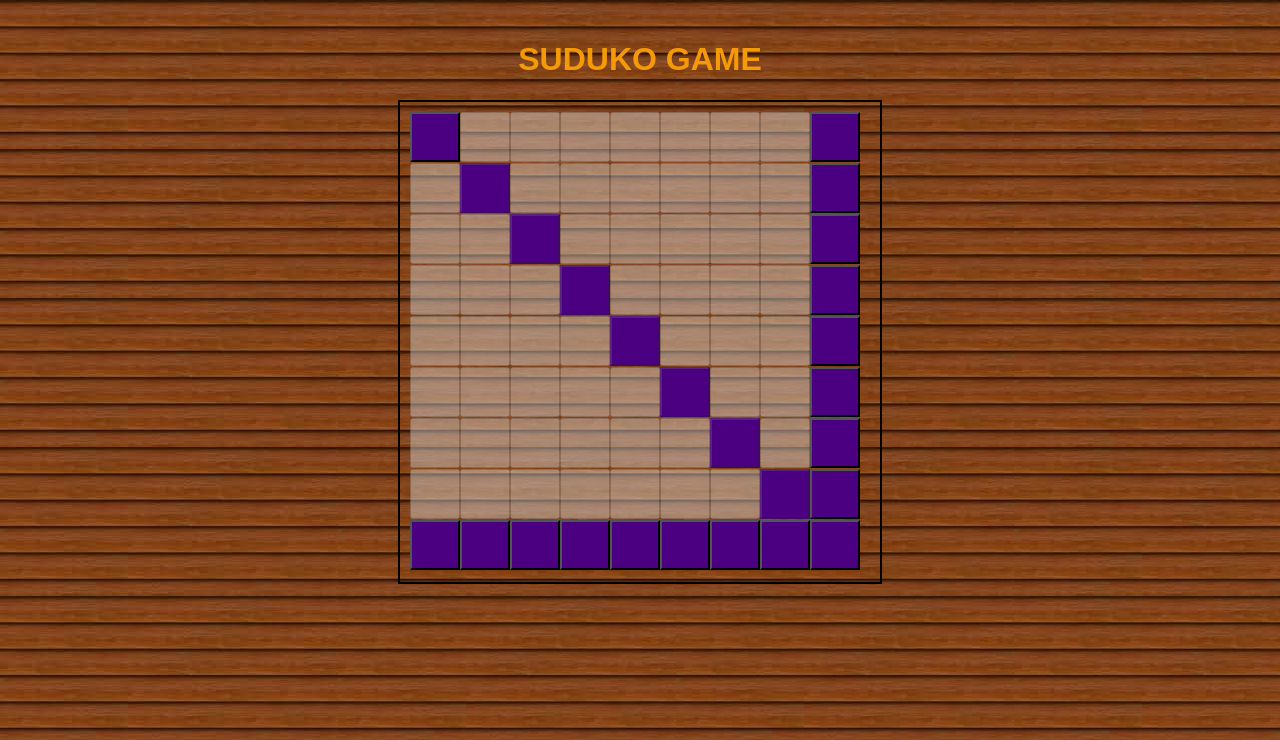
Repository: ahmad8969/Suduko-Game-React-App
Page: /
The author's editor kept a copy of each file at every save. The page is drawn from the files as they stood at one save, then again after the next save.
The browser window is 1280 px wide. The pictures show the whole page.
Some web fonts or font styles are not loaded; a fallback is used. The project was rebuilt for these pictures with package versions that can differ from the ones it lists, and the page was loaded fresh each time.

Above is the page before, as saved 2021-03-11 12:48:44.

### src/index.js
import React from 'react';
import ReactDOM from 'react-dom';
import './index.css';
import Board from './board';
import reportWebVitals from './reportWebVitals';

ReactDOM.render(
  <React.StrictMode>
    <Board />
  </React.StrictMode>,
  document.getElementById('root')
);



// If you want to start measuring performance in your app, pass a function
// to log results (for example: reportWebVitals(console.log))
// or send to an analytics endpoint. Learn more: https://bit.ly/CRA-vitals
reportWebVitals();

### src/board.js
import React, { useState}  from 'react';   //{useState}
import './App.css';
import Block from './components/block'
import NineBlock from './components/nineBlockComponent';

// function useForceUpdate(){
//   const [counter,setCounter]= useState(0);
//   return setCounter(counter+1);


// }
function Board () {
  const xAxis_Selection_Array=   [];
  const yAxis_Selection_Array=   [];
  const DiagonalSelectionUpward_Selection_Array= [];
  const DiagonalSelectionUpwardLeftUp_selection_Array= [];
  const DiagonalSelectionDownward_selection_Array= [];
  const DiagonalSelectionDownwardLeftDown_selection_Array= [];
  const complete_blocks_Array = [];

  const nine_block_Element_into_Nine = [0,1,2,3,4,5,6,7,8];
  const single_block_Into_Nine = [0,1,2,3,4,5,6,7,8];
  const [getting_current_id, setGetting_current_id]=useState();
  const [Iid, setIid]=useState();
  const [Jid, setJid]=useState();
  const [isClicked,  setIsClicked]= useState(false);




  const Click = (idOfSpecificButton,i,j) =>{

    setGetting_current_id(idOfSpecificButton);
    setIid(i);
    setJid(j);
    console.log(Iid,Jid,getting_current_id);
  }

  const XaxisSelection = (i)=>{
    for(let xAxis= 0; xAxis<=8; xAxis++){
      let creatId= `${i}${xAxis}`;
      document.getElementById(creatId).style.backgroundColor="indigo";
      xAxis_Selection_Array.push(creatId);
    }
  }

  const YaxisSelection = (i)=> {
    for(let xAxis1= 0; xAxis1<=8; xAxis1++){
      let creatId=  `${xAxis1}${i}`;
      document.getElementById(creatId).style.backgroundColor="indigo";

      yAxis_Selection_Array.push(creatId);
    }
  }

  const DiagonalSelectionUpward = (selectedId)=>{
  let array_of_length= nine_block_Element_into_Nine.length;
  console.log(array_of_length);
  console.log(typeof(array_of_length));
  let get_the_id_of_current_box= parseInt(selectedId);
  console.log(get_the_id_of_current_box);
    for(let hello=get_the_id_of_current_box; hello>=0; hello-=array_of_length){
      if(hello<=9){
        if(hello==9){
          return;
        }else{
        var concatination = 0+`${hello}`;
        document.getElementById(concatination).style.backgroundColor="indigo";
        DiagonalSelectionUpward_Selection_Array.push(concatination);

      }
      } else if(hello==19 || hello==29 || hello==39 || hello==49 || hello==59 || hello==69 || hello==79){
        return;
      }
      else{
        document.getElementById(`${hello}`).style.backgroundColor="indigo";
        DiagonalSelectionUpward_Selection_Array.push(`${hello}`);

      }

    }
  }
        const DiagonalSelectionUpwardLeftUp = (selectedId)=>{
          let array_of_length= 2 + nine_block_Element_into_Nine.length;
          console.log(array_of_length);
          console.log(typeof(array_of_length));
          let get_the_id_of_current_box= parseInt(selectedId);
          console.log(get_the_id_of_current_box);
            for(let hello=get_the_id_of_current_box; hello>=0; hello-=array_of_length){
              if(hello<=9){
                var concatination = 0+`${hello}`;
                document.getElementById(concatination).style.backgroundColor="indigo";
                DiagonalSelectionUpwardLeftUp_selection_Array.push(concatination);
                return;

              } else if( hello==9 || hello==19 || hello==29 || hello==39 || hello==49 || hello==59 || hello==69 || hello==79){
                return;
              }
              else{
                document.getElementById(`${hello}`).style.backgroundColor="indigo";
                DiagonalSelectionUpwardLeftUp_selection_Array.push(hello);
              }
              console.log(DiagonalSelectionUpwardLeftUp_selection_Array);
            }

          }


        const DiagonalSelectionDownward= (selectedId)=>{
          let array_of_length= nine_block_Element_into_Nine.length;
          console.log(array_of_length);
          console.log(typeof(array_of_length));
          let get_the_id_of_current_box= parseInt(selectedId);
          console.log(get_the_id_of_current_box);
    for(let hello=get_the_id_of_current_box; hello<=88; hello+=array_of_length){
      if(hello==0){
        return;
      }
      else if(hello<=9){
        var concatination = 0+`${hello}`;
        document.getElementById(concatination).style.backgroundColor="indigo";
        DiagonalSelectionDownward_selection_Array.push(concatination);
      } else if(hello==19 || hello==29 || hello==39 || hello==49 || hello==59 || hello==69 || hello==79){
        return;
      }
      else{
        document.getElementById(hello).style.backgroundColor="indigo";
        DiagonalSelectionDownward_selection_Array.push(hello);
      }


    }console.log(DiagonalSelectionDownward_selection_Array)
        }
        const DiagonalSelectionDownwardLeftDown= (selectedId)=>{
          let array_of_length= 2 +  nine_block_Element_into_Nine.length;
  console.log(array_of_length);
  console.log(typeof(array_of_length));
  let get_the_id_of_current_box= parseInt(selectedId);
  console.log(get_the_id_of_current_box);
    for(let hello=get_the_id_of_current_box; hello<=88; hello+=array_of_length){
      if(hello==0){
        return;
      }
      else if(hello<=9){
        var concatination = 0+`${hello}`;
        document.getElementById(concatination).style.backgroundColor="indigo";
        DiagonalSelectionDownwardLeftDown_selection_Array.push(concatination);
      } else if( hello==19 || hello==29 || hello==39 || hello==49 || hello==59 || hello==69 || hello==79){
        return;
      }
      else{
        document.getElementById(hello).style.backgroundColor="indigo";
        DiagonalSelectionDownwardLeftDown_selection_Array.push(hello);
      }

    }console.log(DiagonalSelectionDownwardLeftDown_selection_Array);
        }
        const gettingRandomNumber = () => {
          let random = Math.floor(Math.random() * (65 - 90)) + 90;
          const character = String.fromCharCode(random);
          return character;
        }

        const creatingReadOnlyBlock = () => {
          nine_block_Element_into_Nine.map((val)=>{
            single_block_Into_Nine.map((valu)=>{
              let valueOfId= `${val}${valu}`;
              complete_blocks_Array.push(valueOfId);
            })
          })
        }
        const filter_two_arrays= ()=> {
          const complete_selection_array = [...xAxis_Selection_Array,
            ...yAxis_Selection_Array,
            ...DiagonalSelectionUpward_Selection_Array,
            ...DiagonalSelectionUpwardLeftUp_selection_Array,
            ...DiagonalSelectionDownward_selection_Array,
            ...DiagonalSelectionDownwardLeftDown_selection_Array
          ];
            let filteredId = complete_blocks_Array.filter((id) => !complete_selection_array.includes(id));
            filteredId.map((id) => {
              return (document.getElementById(id).disabled = true);
            });
        }

        const changeStateHandler = (getting_current_id,Iid,Jid) => {
          document.getElementById(getting_current_id).style.color="green";
          XaxisSelection(Iid);
          YaxisSelection(Jid);
          DiagonalSelectionUpward(getting_current_id);
          DiagonalSelectionDownward(getting_current_id);
          DiagonalSelectionDownwardLeftDown(getting_current_id);
          DiagonalSelectionUpwardLeftUp(getting_current_id);

        }
         if(Iid && Jid && getting_current_id !=null){

          changeStateHandler(getting_current_id,Iid,Jid);
          creatingReadOnlyBlock();
          filter_two_arrays();


        }


        // console.log(complete_selection_array);



        // console.log(complete_blocks_Array);




  return (

    <div className="App">
    <h1>SUDUKO GAME </h1>
    <div className="board_nine_block_Style">
    {nine_block_Element_into_Nine.map((s,i)=>{
      return(
      <div>

      <NineBlock id={i}>
        {single_block_Into_Nine.map((s,j)=>


          <Block  rowId={i} value={gettingRandomNumber()} click={Click} colId={j} keys={`${i}${j}`}></Block>

        )}

      </NineBlock>
      </div>
      )
    })
    }
    </div>
    </div>
  );
}

export default Board;

### src/App.css
@import url('http://fonts.cdnfonts.com/css/game');
.App {
  text-align: center;
  background-image: url('images/download.jpg');
  color:rgb(245, 154, 7);
  padding-top:20px;
  font-family: 'GAME', sans-serif;
  /* display: flex; */
   height: 100vh !important;
  /* width: 490px !important; */
  margin: 0 auto;

}

.board_nine_block_Style{
  height: 460px !important;
  width: 460px !important;
  border:2px solid black !important;
  padding: 10px;
  margin:  auto !important;
  /* display: flex; */
  /* grid-column-gap: 0px !important;
  grid-row-gap: 0px !important;
  grid-template-columns:repeat(3,1fr)!important; */
}
.heading{
  color: white;
  text-align:center;
  padding-top:50px!important;
  /* margin-top: 10px!important; */
  font-size: 30px;

}


/* @keyframes App-logo-spin {
  from {
    transform: rotate(0deg);
  }
  to {
    transform: rotate(360deg);
  }
} */

### src/components/block.js
import React, {useState} from 'react';

import './block.css';


const Block = ({rowId,colId,keys,value,click})=>{
    var uniqueId = `${rowId}`+ `${colId}` ;
    const[value1, setValue1]= useState()
    const[isClicked, setIsClicked]= useState(false);
    let [counter, setCounter]= useState(0);




    // const changeState = (e) => {
    //     setCounter(counter+1);

    //     if(counter == 0){
    //         props.click();
    //     setIsClicked(!isClicked);
    //     console.log(counter)
    //     }
    //     else if(counter > 0){
    //         console.log(counter)
    //         alert("jfksjfkjsalj")
    //         return;
    //     }

    // }
    const onChangeHandler = (e) =>{
        let getting_Current_Value = e.target.value;
        console.log(getting_Current_Value);
        setValue1(getting_Current_Value)
    }
    const onKeyUpHandler = (e) =>{


        if(e.keyCode ===13){
            if(e.target.value ===''){
                alert("fill this");
            }else{
            setIsClicked(!isClicked);
        }
        }
    }
    const onFocusOuts = (e) =>{
        let previousValue = e.target.value;
        console.log(previousValue);
            if(previousValue === ''){
                setValue1(value1);
            }else{
                setValue1(previousValue);
            }

    }

    if(isClicked){
        return <input className="inputStyle" value={value}
         onKeyUp={(e)=>{onKeyUpHandler(e)}}
         onChange={(e) => {onChangeHandler(e)}}
         onBlur={(e) => {onFocusOuts(e)}}
          type="text"/>;
    }

return(
    <div className="button_block">
    <button id={keys} onClick={click(keys, rowId, colId)} value={value}> {value1}</button>
    </div>

)
}

export default Block;

### src/components/nineBlockComponent.js
import React from 'react';
import Block from './block'
import './block.css'

const NineBlockBox = (props) =>{

    return (
        <div className="nine_block_Style">
            {props.children}
        </div>
    )
}
export default NineBlockBox;




// {single_block_Into_Nine.map((s,i)=>{
//     let random = Math.floor(Math.random() * (49 - 57)) + 57;
//     const character = String.fromCharCode(random);

//   return(
//     <div>
//       {/* <Block keyId={i} boardId={props.id}  number={character}/> */}
//       {props.children}
//       </div>
//   )
//   })}

### src/components/block.css
.button_block button{
    height: 50px !important;
    width: 50px !important;
    /* background-image: url('../images/wood.jpg'); */
    /* background-color: aquamarine !important; */
    margin: 0!important;
    font-size: 20px!important;
    font-weight:600;
    /* color:rgb(109,84,62); */
    color: #6a4940;
}
.nine_block_Style{
    /* height: 150px !important;
    width: 150px !important; */
    /* border:2px solid rgb(245, 154, 7) !important; */
    display: flex;
    /* margin: auto!important; */

    /* grid-template-columns:repeat(3,1fr)!important;
    grid-column-gap: 0px !important;
    grid-row-gap: 0px !important; */
}
.button_block1{
    height: 40px !important;
    width: 40px !important;
    /* background-image: url('../images/wood.jpg'); */
    /* background-color: aquamarine !important; */
    margin: 0!important;
    font-size: 20px!important;
    font-weight:600;
    /* border:2px solid black; */
    /* color:rgb(109,84,62); */
    color: #6a4940;
}
.inputStyle{
    width:42.7px !important;
    height:44px !important;
    font-size:20px !important;
    font-weight:600;
    color: white;
    /* padding: auto!important; */
    text-align: center !important;
    background-color: green !important;
}

Loaded but not shown: public/index.html (common file); src/index.css (common file); src/reportWebVitals.js (common file)

After the next save:
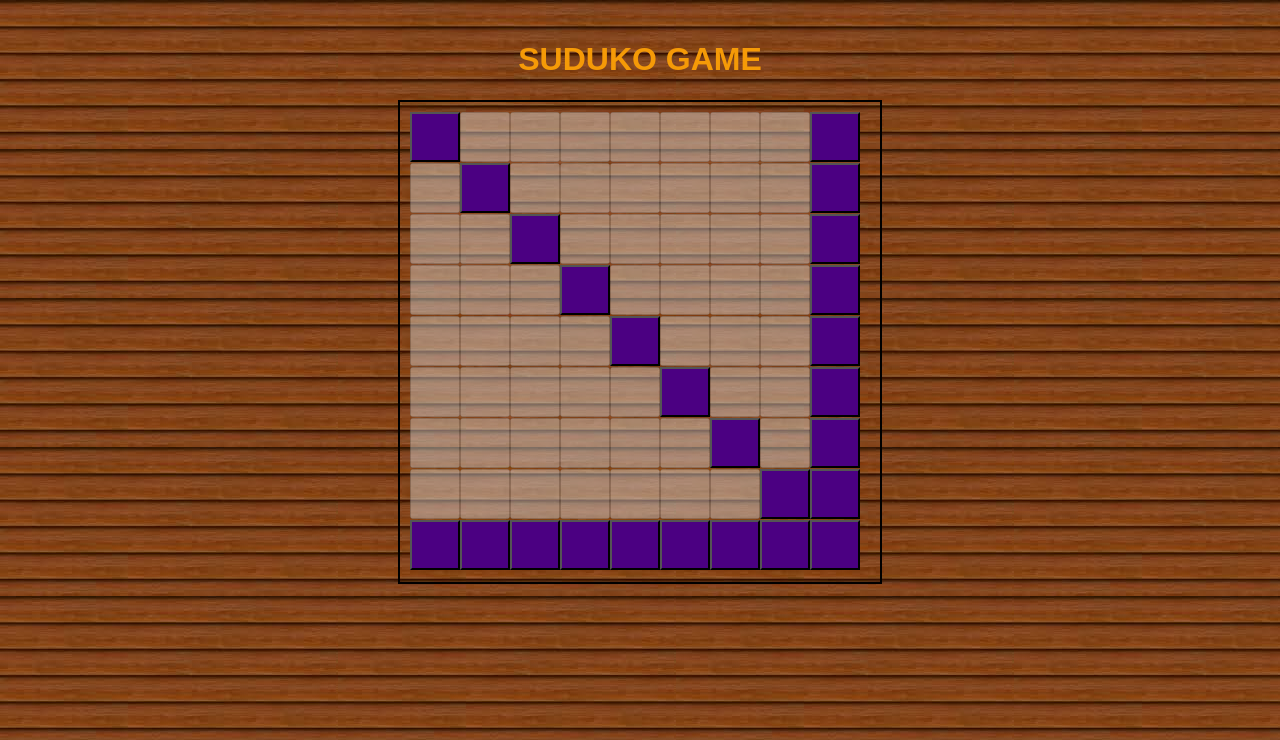
Saved 8 s later.
--- a/src/board.js
+++ b/src/board.js
@@ -98,7 +98,7 @@ function Board () {
               }
               else{
                 document.getElementById(`${hello}`).style.backgroundColor="indigo";
-                DiagonalSelectionUpwardLeftUp_selection_Array.push(hello);
+                DiagonalSelectionUpwardLeftUp_selection_Array.push(`${hello}`);
               }
               console.log(DiagonalSelectionUpwardLeftUp_selection_Array);
             }
